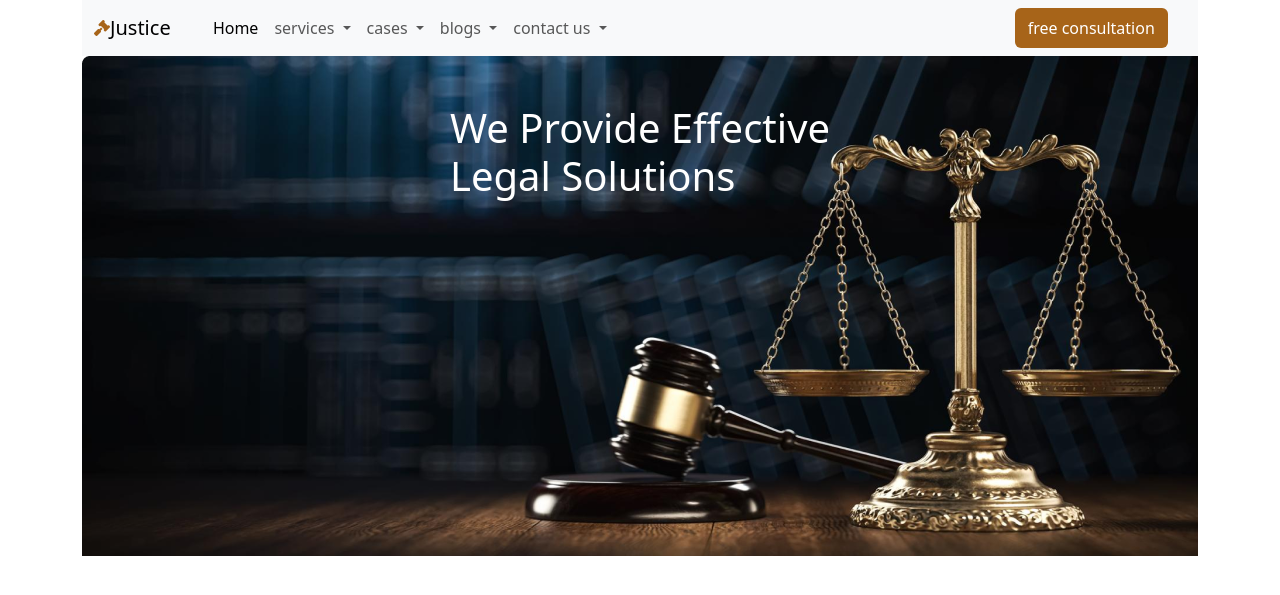
Repository: sadiaafsana138/justice
Page: index.html
The author's editor kept a copy of each file at every save. The page is drawn from the files as they stood at one save, then again after the next save.
The browser window is 1280 px wide. The pictures show the whole page.
Some web libraries are served in a nearby version.

Above is the page before, as saved 2023-01-25 17:11:07.

After the next save:
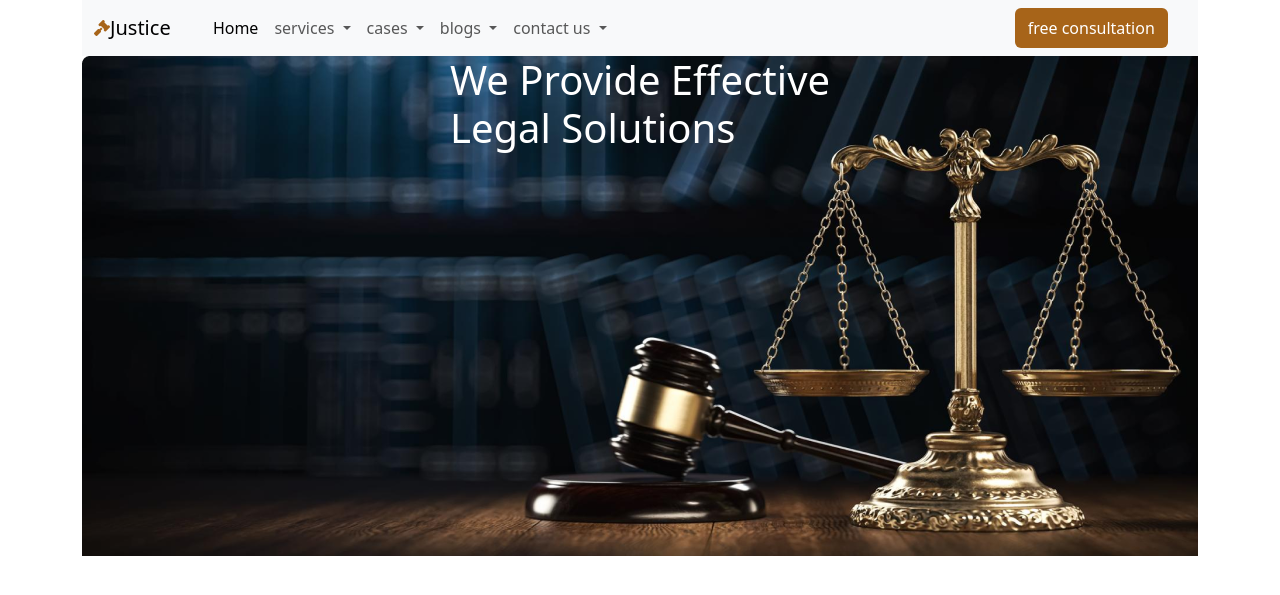
Saved 16 min 39 s later.
--- a/index.html
+++ b/index.html
@@ -81,7 +81,7 @@
         <section class="banner-bg">
 
             <div class="d-flex justify-content-center align-items-center">
-                <h1 class="text-primary-color1 mt-5 ">We Provide Effective <br>Legal Solutions</h1>
+                <h1 class="text-primary-color1 align-items-center ">We Provide Effective <br>Legal Solutions</h1>
             </div>
         </section>
 
